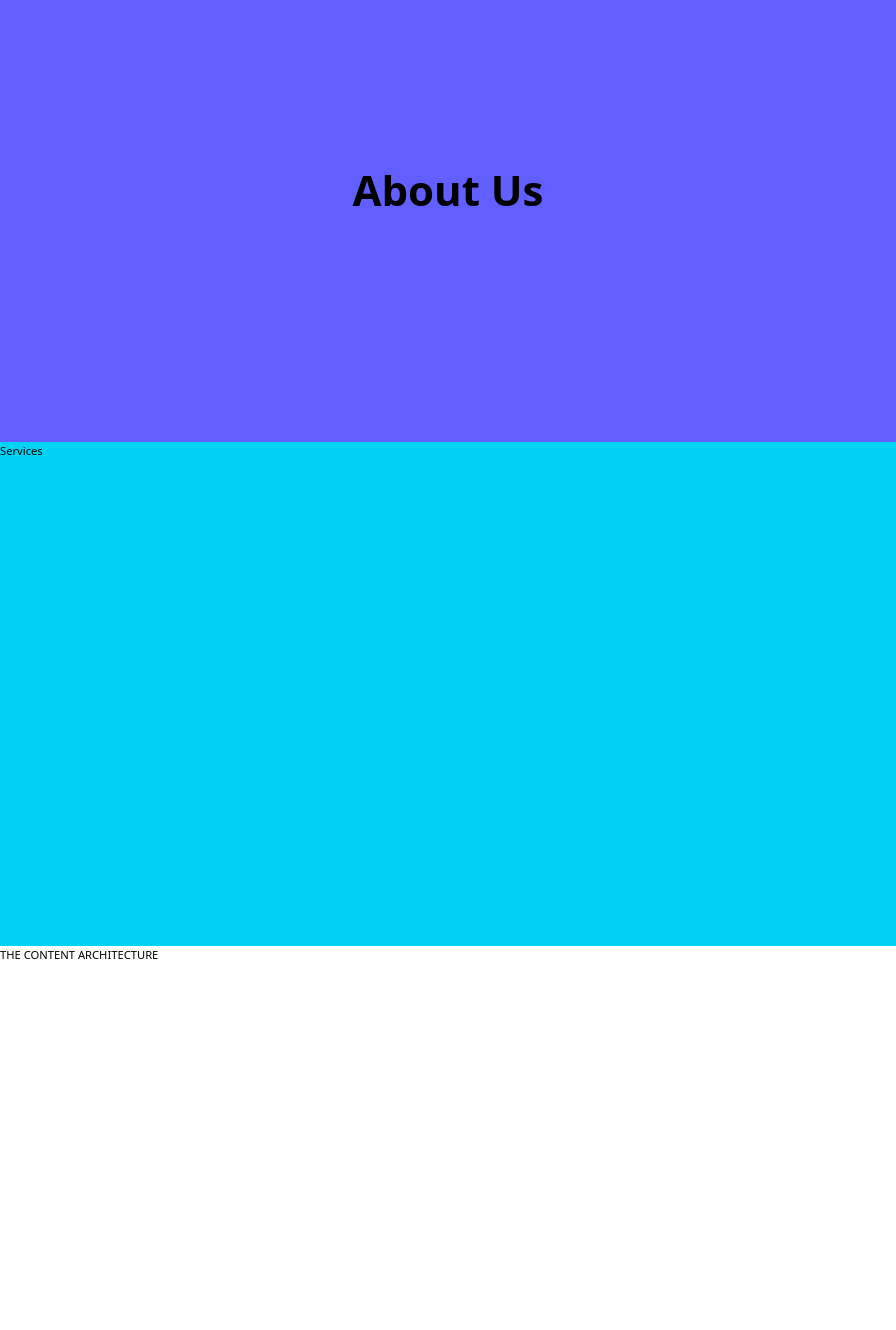
Repository: ajay-maurya-dev/Login
Page: /
These files come from the project's save history. The page is drawn as it stood at one moment and after a run of saves; the edit follows.
The browser window is 1280 px wide. The pictures show the part of the page from y = 808 to 2708 px (the page is 2880 px tall), at 70% of full size.
Backgrounds fixed to the window are drawn as part of the page. The project was rebuilt for these pictures with package versions that can differ from the ones it lists, and the page was loaded fresh each time. Also part of the build but not shown: vite.config.js.

Above is the page before, as saved 2026-10-24 23:37:32.

After the next 3 saves:
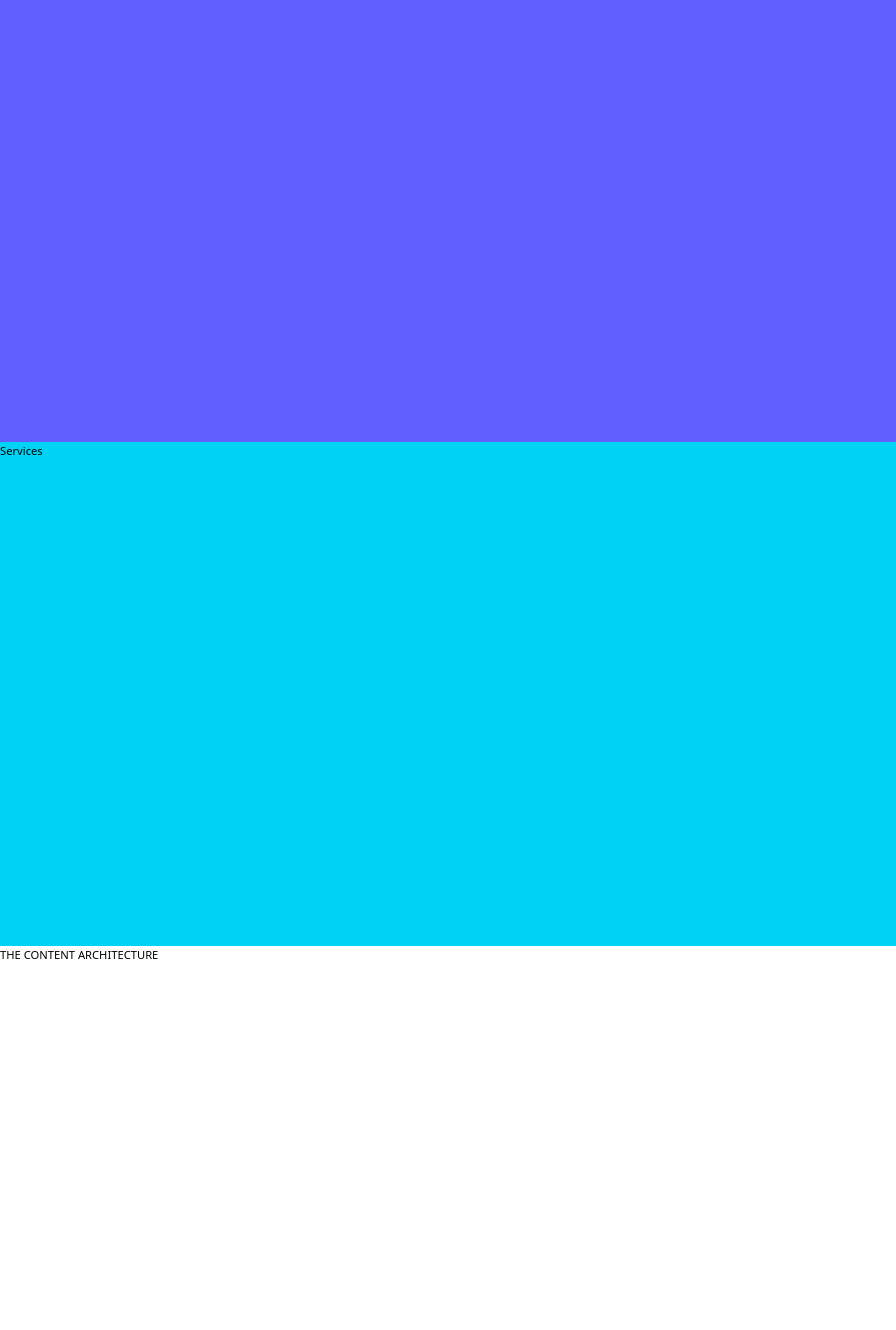
The 3 saves are shown as one change because they came seconds apart.
The last was saved 9 s later.
--- a/src/components/About.jsx
+++ b/src/components/About.jsx
@@ -3,7 +3,7 @@
 function About() {
   return (
     <div className="w-full min-h-screen bg-indigo-500 z-10 text-2xl dark:bg-black dark:text-white bg-fixed flex justify-center items-center">
-        <h4 className="text-6xl font-extrabold font-tra">About Us</h4>
+        <h4 className="text-6xl font-extrabold text-transparent">About Us</h4>
     </div>
   )
 }
